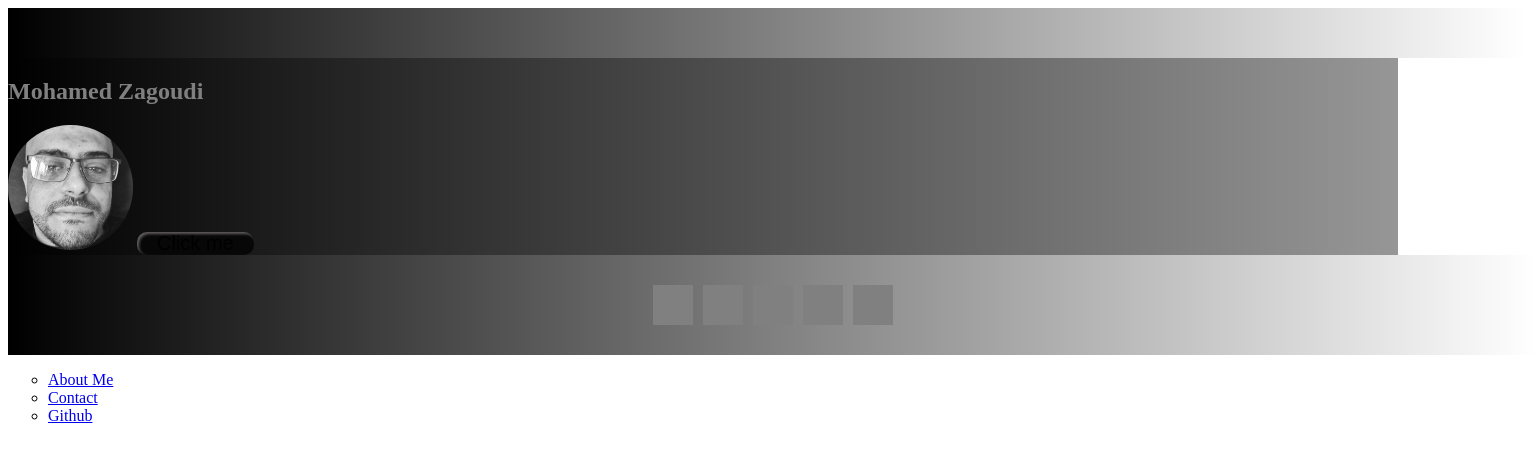
Repository: Mohzagou/Eersteportofolio
Page: index.html
The author's editor kept a copy of each file at every save. The page is drawn from the files as they stood at one save, then again after the next save.
The browser window is 1280 px wide. The page is 1537 px wide, so the pictures cover 1537 px, including what lies to the right of the window. The pictures show the whole page.

Above is the page before, as saved 2022-06-07 23:36:06.

### index.html
<!DOCTYPE html>


<head>
    <link rel="stylesheet" href="styles.css" />
    <meta charset="UTF-8">

    <title>Document</title>
</head>

<body>

    <header></header>
    <div class="about-me">
        <h2 id="name">Mohamed Zagoudi</h2>
        <img class="avatar" src="images/67gwzvy.jpeg" alt="Mohamed Zagoudi headshot">
        <button>Click me</button>


        <section>
            <div class="test"></div>
            <div class="test"></div>
            <div class="test"></div>
            <div class="test"></div>
            <div class="test"></div>
        </section>
        <footer>
            <ul style="list-style-type: circle ">
                <li><a href=" ">About Me</a></li>
                <li><a href=" ">Contact</a></li>
                <li><a href="https://github.com/Mohzagou ">Github</a></li>

            </ul>

        </footer>



</body>



</html>

### styles.css
                            body {
                                display: flex;
                                flex-direction: column;
                            }

                            header {
                                width: 120%;
                                height: 50px;
                                background-image: linear-gradient(to right, black, grey, white);
                                /*background-color: rgb(113, 74, 145);*/
                            }

                            section {
                                width: 110%;
                                height: 100px;
                                background-image: linear-gradient(to right, black, grey, white);
                                background-color: #234def;
                                display: flex;
                                align-items: center;
                                justify-content: center;
                            }

                            .about-me {
                                width: 110%;
                                height: 200px;
                                background-image: repeating-linear-gradient(to right, black, grey, white 170%);
                                /*background-color: rgb(177, 69, 21, 0.8);*/
                                /*margin: 10px 0 10px 0;
    border: solid black 10px;
    border-radius: 15px;*/
                            }

                            .avatar {
                                width: 125px;
                                border-radius: 62px;
                                background-image: repeating-linear-gradient(to right, black, grey, 110%);
                            }

                            #name {
                                color: grey;
                            }

                            .test {
                                width: 40px;
                                height: 40px;
                                background-color: grey;
                                margin: 5px;
                            }

                            button {
                                border: 0;
                                padding: 0 20px;
                                font-size: 20px;
                                background-color: rgb(7, 7, 7);
                                background-image: linear-gradient(to top left, rgba(250, 245, 245, 0.2), rgba(0, 0, 0, 0.2) 20%, rgba(248, 243, 243, 0), );
                                box-shadow: inset 2px 2px 3px rgba(233, 224, 224, 0.4);
                                border-radius: 10px;
                            }

After the next save:
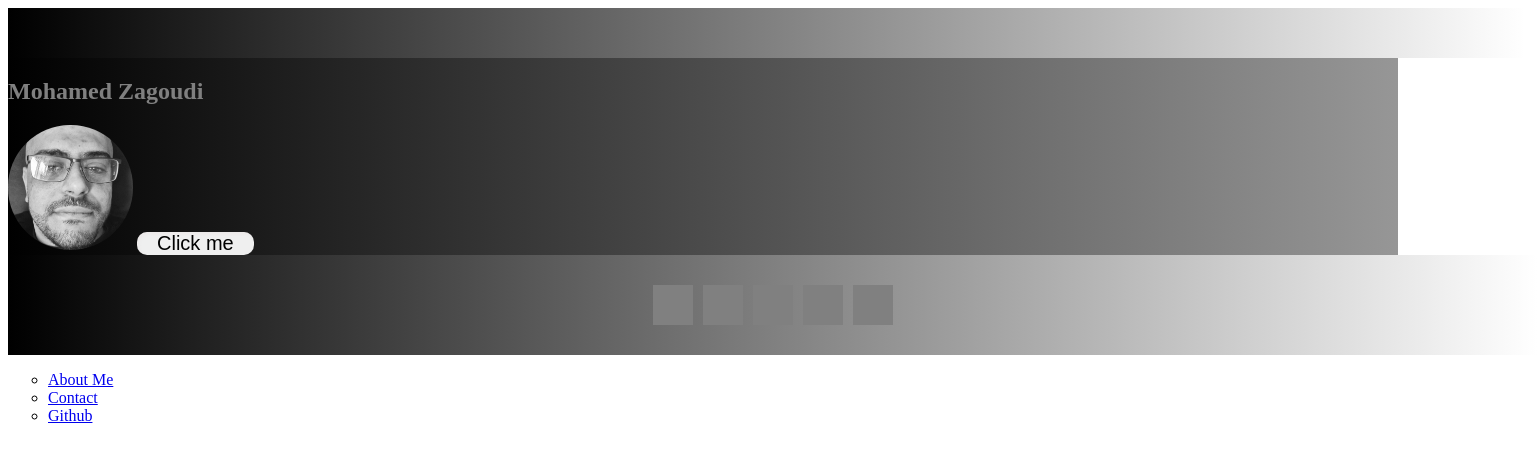
Saved 88 s later.
--- a/styles.css
+++ b/styles.css
@@ -51,7 +51,7 @@
                                 border: 0;
                                 padding: 0 20px;
                                 font-size: 20px;
-                                background-color: rgb(7, 7, 7);
+                                color background-color: rgb(7, 7, 7);
                                 background-image: linear-gradient(to top left, rgba(250, 245, 245, 0.2), rgba(0, 0, 0, 0.2) 20%, rgba(248, 243, 243, 0), );
                                 box-shadow: inset 2px 2px 3px rgba(233, 224, 224, 0.4);
                                 border-radius: 10px;
